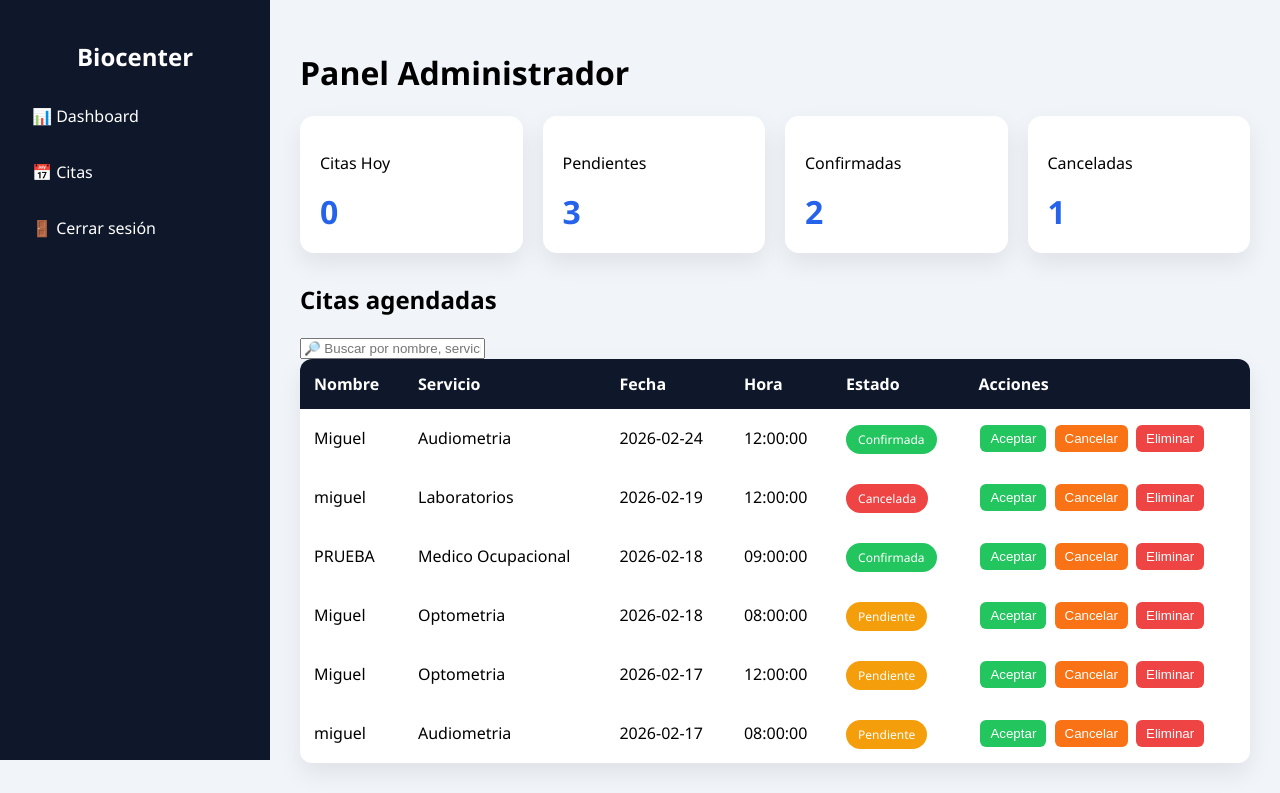
Repository: Miguelperdomo/Biocenter
Page: http://localhost/public_html/PHP/panel.php
The author's editor kept a copy of each file at every save. The page is drawn from the files as they stood at one save, then again after the next save.
The browser window is 1280 px wide. The pictures show the whole page.
The page is run by PHP 8.4 with error messages shown; the project is at /var/www/html/. The session is filled in as if someone had signed in: {"admin": {"id": 1, "usuario": "admin", "email": "perdomomiguel2004@gmail.com"}}. The database holds what the project's SQL file puts in it.

Above is the page before, as saved 2026-02-18 10:01:41.

After the next save:
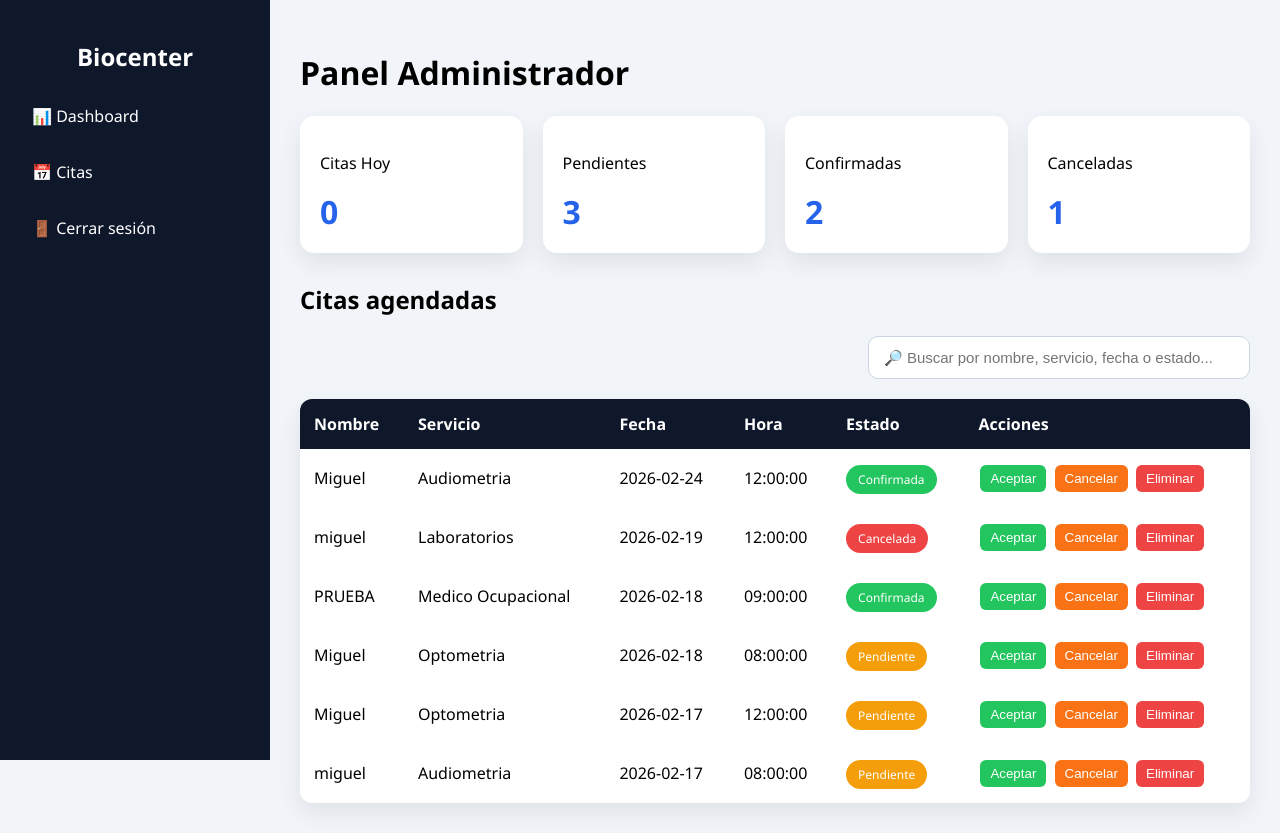
Saved 22 s later.
--- a/PHP/panel.php
+++ b/PHP/panel.php
@@ -153,6 +153,31 @@ th{background:#0f172a;color:white;}
 .btn-primary{background:#2563eb;color:white;}
 .btn-secondary{background:#e2e8f0;color:#334155;}
 
+/* BUSCADOR PROFESIONAL */
+
+.search-box{
+    margin-bottom:20px;
+    display:flex;
+    justify-content:flex-end;
+}
+
+.search-box input{
+    width:350px;
+    max-width:100%;
+    padding:12px 15px;
+    border-radius:10px;
+    border:1px solid #cbd5e1;
+    font-size:15px;
+    transition:.3s;
+}
+
+.search-box input:focus{
+    outline:none;
+    border-color:#2563eb;
+    box-shadow:0 0 8px rgba(37,99,235,.3);
+}
+
+
 </style>
 </head>
 
